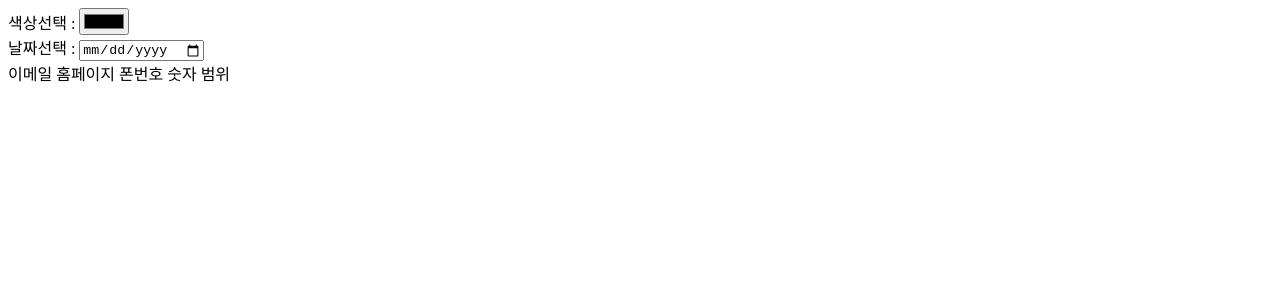
Repository: younseochoi/AI_PLATFORM
Page: my_code/03_web/html/src/main/webapp/formtag3.html
These files come from the project's save history. The page is drawn as it stood at one moment and after the next save; the edit follows.
The browser window is 1280 px wide. The pictures show the whole page.

Above is the page before, as saved 2022-07-22 04:47:37.

After the next save:
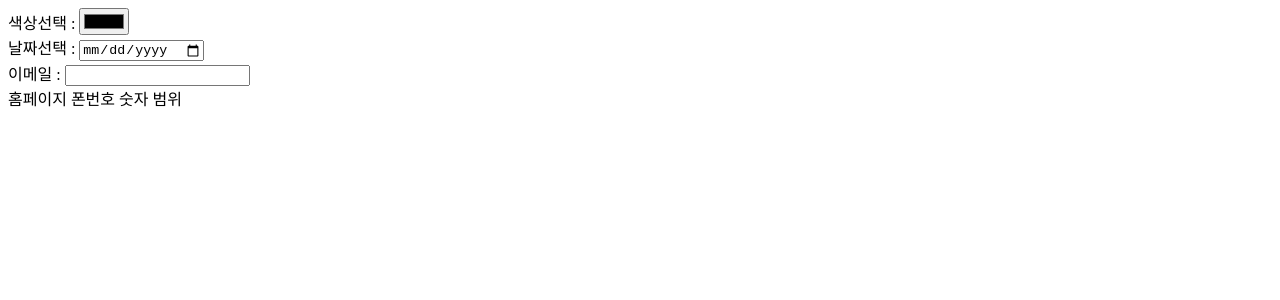
Saved 18 s later.
--- a/my_code/03_web/html/src/main/webapp/formtag3.html
+++ b/my_code/03_web/html/src/main/webapp/formtag3.html
@@ -12,7 +12,7 @@ input 태그 추가 type - 모든 브라우저 동일 동작 (아직 불완전)
  <form action="html5.jsp">
  색상선택 : <input type="color" name="col"><br>
  날짜선택 : <input type="date" name="da"><br>
- 이메일
+ 이메일 : <input type="email" name="em"><br>
  홈페이지
  폰번호
  숫자
